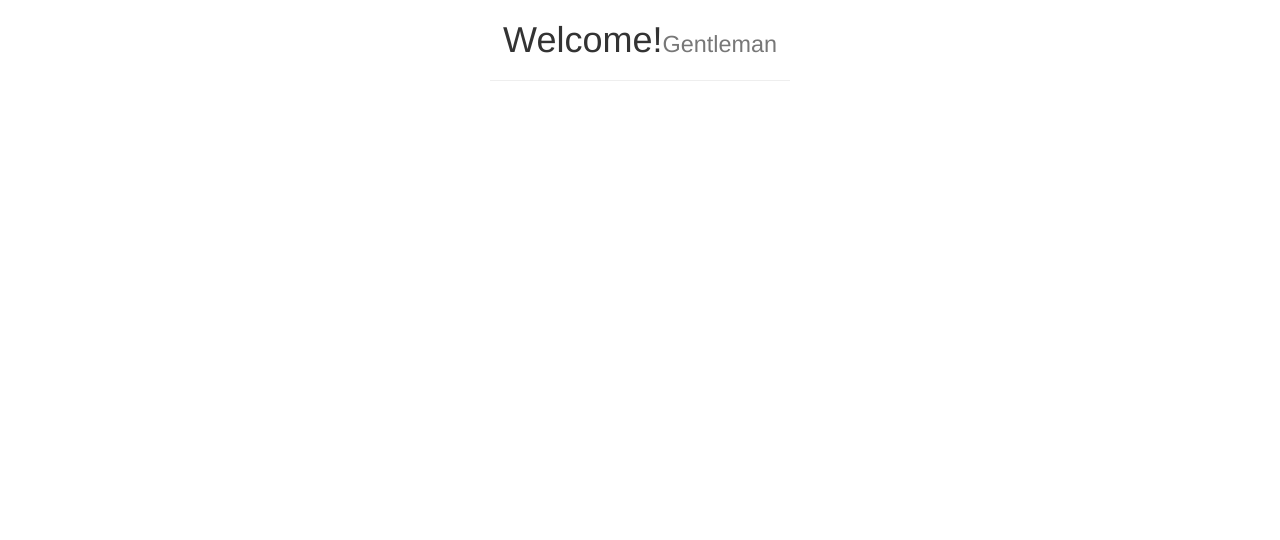
Repository: JasonBour/Beautypedia
Page: http://localhost/
These files come from the project's save history. The page is drawn as it stood at one moment and after the next save; the edit follows.
The browser window is 1280 px wide. The pictures show the whole page.
The page is run by PHP 8.4 with error messages shown; the project is at /var/www/html/.

Above is the page before, as saved 2015-09-13 12:18:22.

### Beautypedia/index.php
<html>
<head>
<meta charset="utf-8">
<link rel="stylesheet" type="text/css" href="./css/bootstrap.min.css"><!-- css file-->
<link rel="stylesheet" type="text/css" href="./css/index.css">
</head>
<body>


<div class="container ">
    <h1  class="title">Welcome!<small>Gentleman</small></h1>



     <HR align=center width=300 color=#987cb9 SIZE=1>


    </div>


</body>

</html>

### Beautypedia/css/index.css
@CHARSET "UTF-8";
div.container{
	text-align:center;


}

Loaded but not shown: Beautypedia/css/bootstrap.min.css (library)

After the next save:
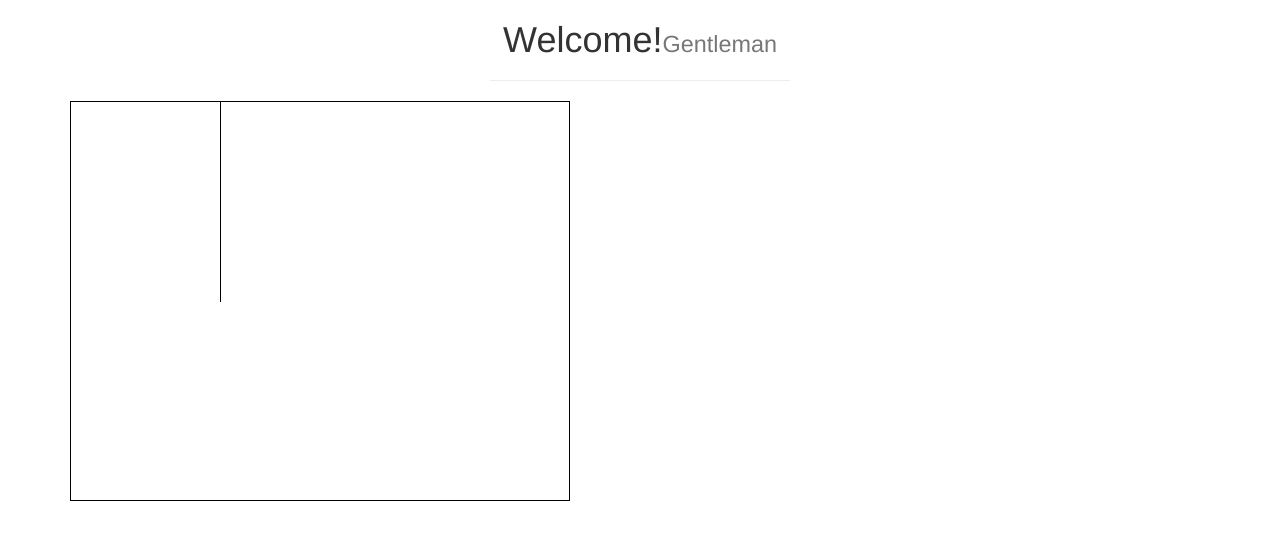
Saved 59 s later.
--- a/Beautypedia/index.php
+++ b/Beautypedia/index.php
@@ -14,7 +14,7 @@
 
      <HR align=center width=300 color=#987cb9 SIZE=1>
 
-
+     <div style="border: solid 1px #000000; width:500px; height:400px; line-height:400px;" align="left"><div style="width:150px; height:200px; border-right: solid 1px #000000"></div></div>
     </div>
 
 
